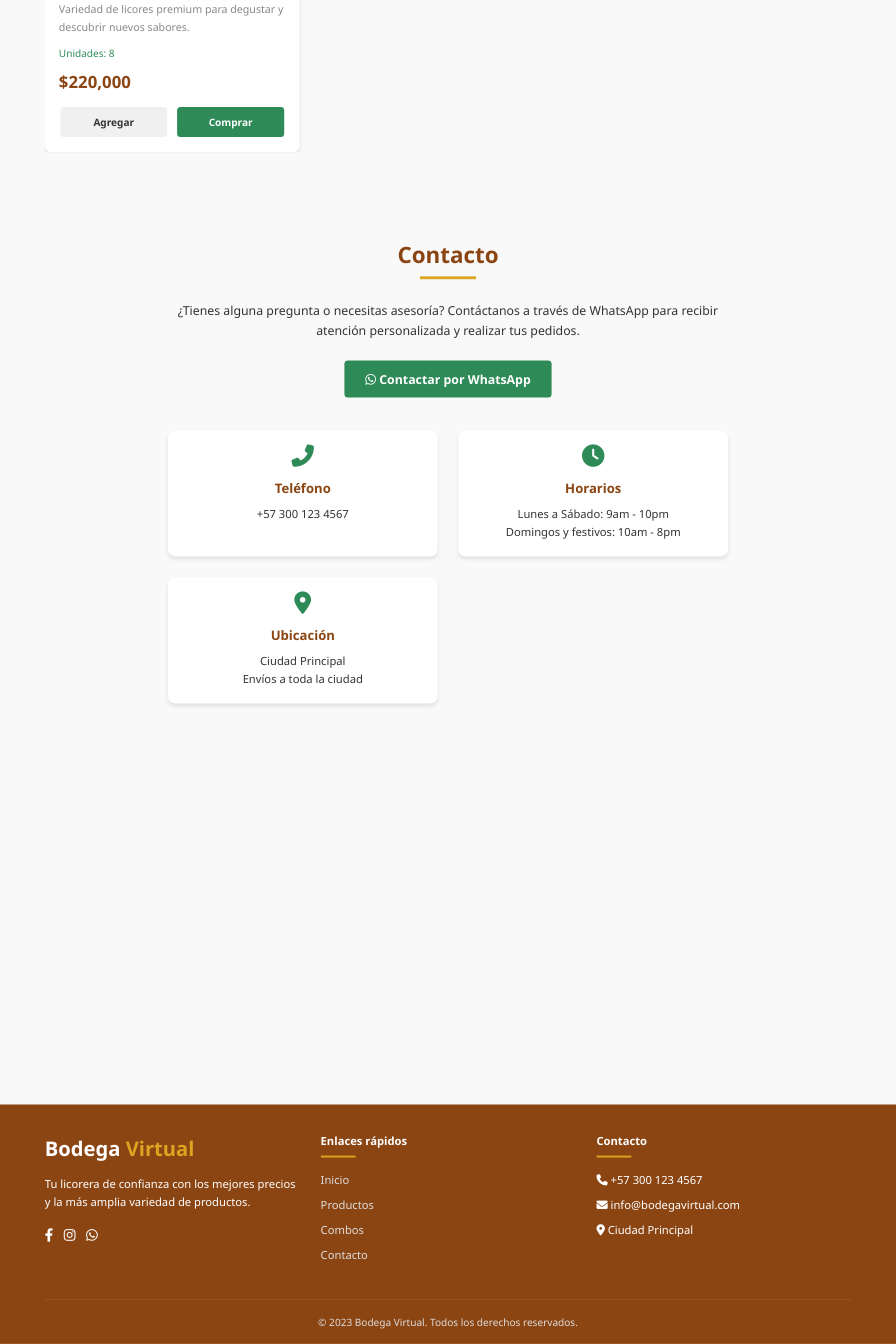
Repository: nicolasardila2002/Bodega-Virtual
Page: index.html
An editor plug-in stored every save of this project. The page is shown before and after the next save, followed by the edit.
The browser window is 1280 px wide. The pictures show the part of the page from y = 2707 to 4627 px (the page is 4627 px tall before and 4154 px after), at 70% of full size.

Above is the page before, as saved 2025-12-21 21:11:46.

After the next save:
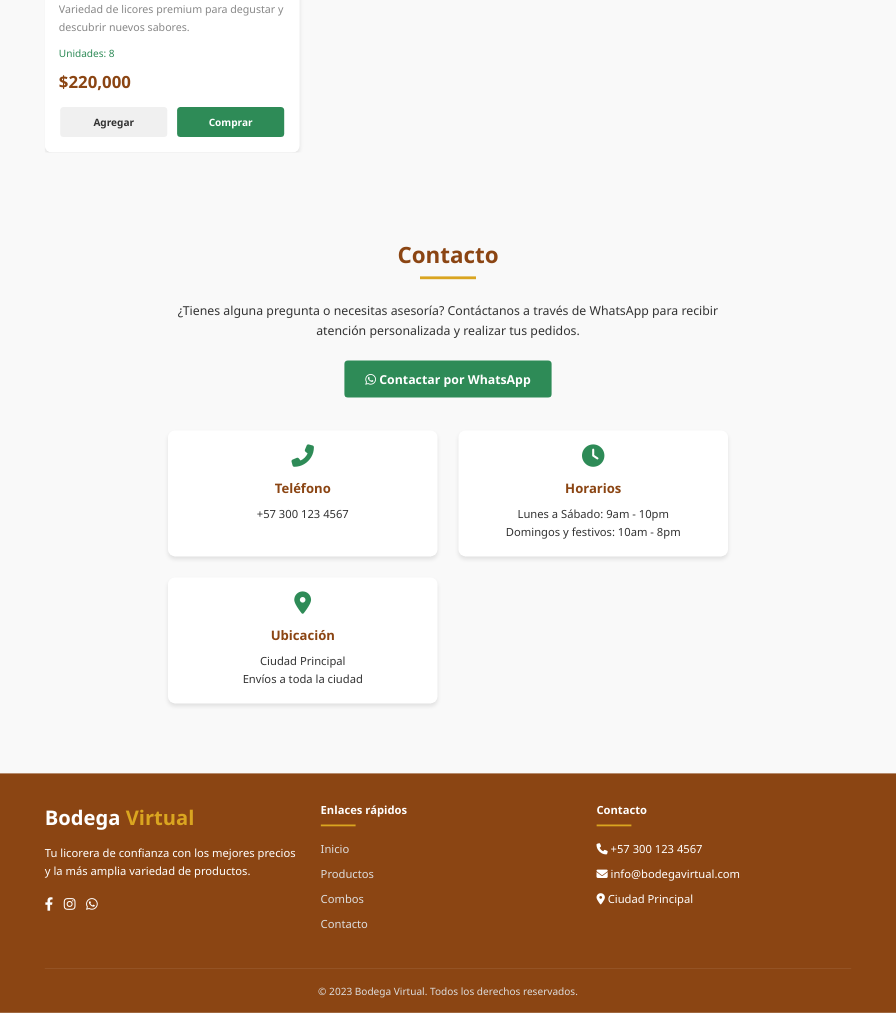
Saved 21 s later.
--- a/style.css
+++ b/style.css
@@ -333,6 +333,24 @@
 }
 
 /* Carrito */
+.cart-sidebar {
+    position: fixed;
+    top: 0;
+    right: 0;
+    width: 100%;
+    max-width: 400px;
+    height: 100vh;
+    background-color: white;
+    box-shadow: -5px 0 25px rgba(0, 0, 0, 0.15);
+    z-index: 1100; /* Muy alto */
+    transition: transform 0.4s cubic-bezier(0.4, 0, 0.2, 1);
+    transform: translateX(100%); /* Fuera de pantalla */
+    will-change: transform;
+    overflow-y: auto;
+    padding: 0;
+    display: flex;
+    flex-direction: column;
+}
 
 
 .cart-header {
